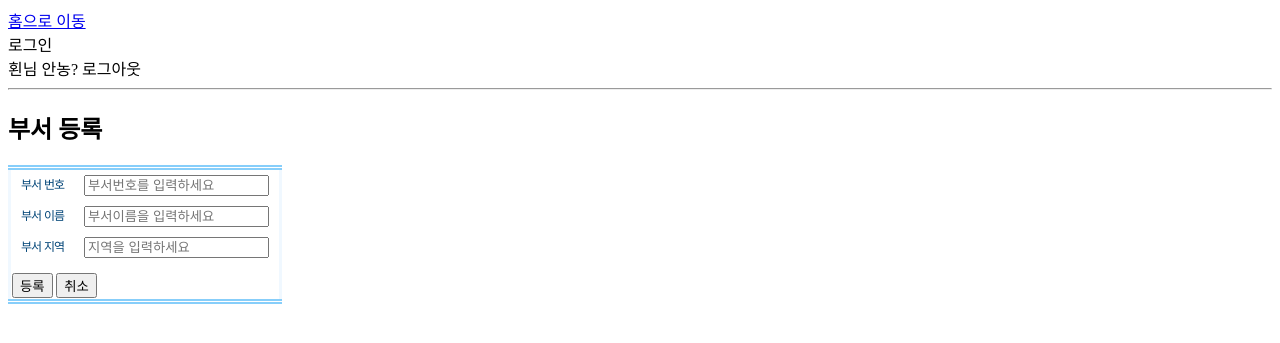
Repository: tmddnrdl333/5_BackEnd
Page: http://localhost/0323_mvc_basic/dept/modify.jsp
An editor plug-in stored every save of this project. The page is shown before and after the next save, followed by the edit.
The browser window is 1280 px wide. The pictures show the whole page.
The page is served by Tomcat 9.

Above is the page before, as saved 2022-03-24 07:40:51.

After the next save:
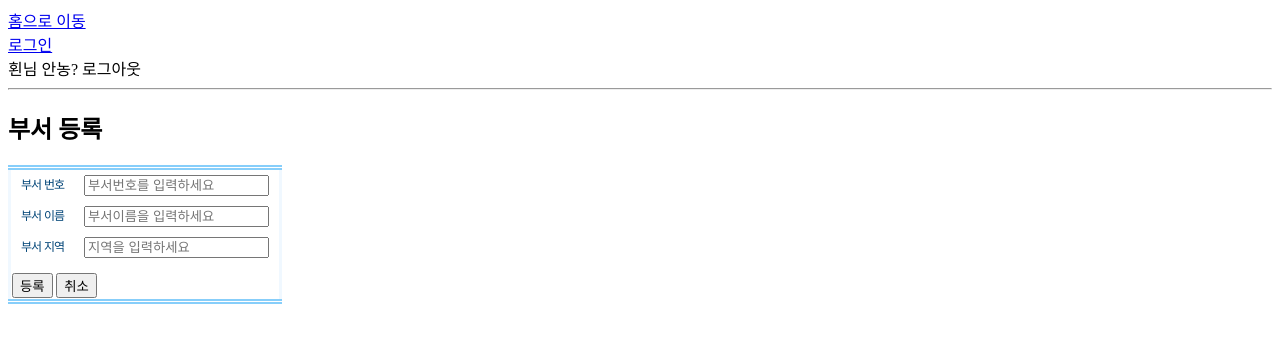
Saved 31 s later.
--- a/0323_mvc_basic/WebContent/menu.jsp
+++ b/0323_mvc_basic/WebContent/menu.jsp
@@ -3,7 +3,7 @@
 <a href="<%=request.getContextPath()%>/index.jsp">홈으로 이동</a>
 <!-- 로그인 안 한 경우 -->
 <div>
-	<a>로그인</a>
+	<a href="<%=request.getContextPath()%>/index.jsp">로그인</a>
 </div>
 <!-- 로그인 한 경우 -->
 <div>
